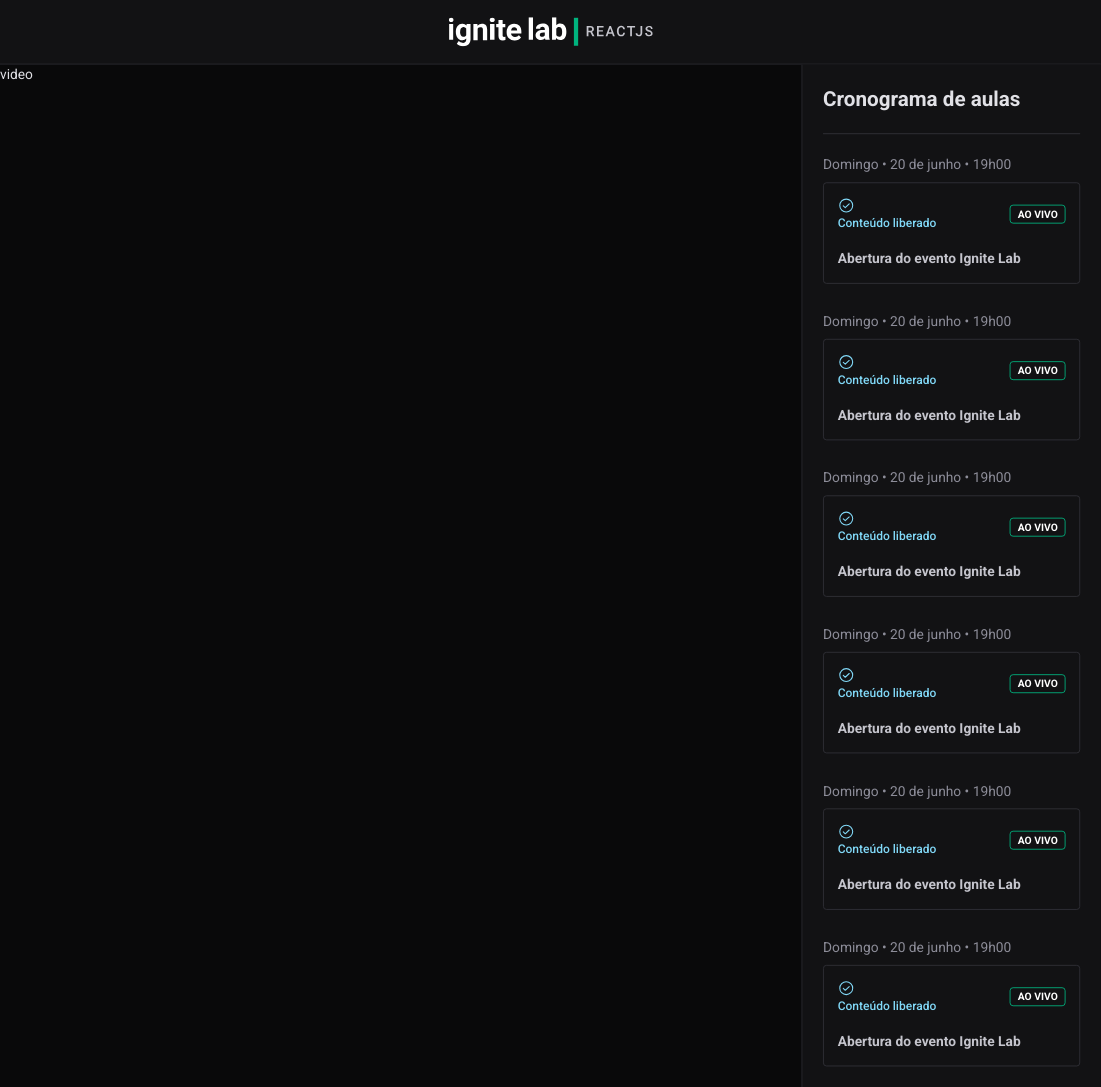
Repository: andynadvorny/event-platform
Page: /
These files come from the project's save history. The page is drawn as it stood at one moment and after the next save; the edit follows.
The browser window is 1280 px wide. The pictures show the whole page, at 86% of full size.
The project was rebuilt for these pictures with package versions that can differ from the ones it lists, and the page was loaded fresh each time. Also part of the build but not shown: vite.config.ts.

Above is the page before, as saved 2022-06-23 14:42:54.

### src/App.tsx
import { Event } from './pages/Event'

function App() {
  return (
    <Event />
  )
}

export default App

### src/lib/apollo.ts
import { ApolloClient, InMemoryCache } from "@apollo/client";

export const client = new ApolloClient({
  uri: 'https://api-sa-east-1.graphcms.com/v2/cl4q028zp2n6q01xs9d4d26wj/master',
  cache: new InMemoryCache()
});

### src/pages/Event.tsx
import { Header } from '../components/Header'
import { Sidebar } from '../components/Sidebar'
import { Video } from '../components/Video'

export function Event() {
  return (
    <div className="flex flex-col min-h-screen">
      <Header />
      <main className="flex flex-1">
        <Video />
        <Sidebar />
      </main>
    </div>
  )
}

### src/components/Sidebar.tsx
import { Lesson } from "./Lesson";

export function Sidebar() {
  return (
    <aside className="w-[348px] bg-gray-700 p-6 border-l border-gray-600">
      <span className="font-bold text-2xl pb-6 mb-6 border-b border-gray-500 block">
        Cronograma de aulas
      </span>
      <div className="flex flex-col gap-8">
        <Lesson />
        <Lesson />
        <Lesson />
        <Lesson />
        <Lesson />
        <Lesson />
      </div>
    </aside>
  )
}

### src/components/Video.tsx
export function Video() {
  return (
    <div className="flex-1">
      video
    </div>
  )
}

### src/components/Logo.tsx
export function Logo() {
  return (
    <svg
      xmlns="http://www.w3.org/2000/svg"
      width="237"
      height="34"
      fill="none"
      viewBox="0 0 237 34"
    >
      <path
        fill="#fff"
        d="M.002 3.112a2.49 2.49 0 01.165-.987c.12-.314.304-.595.535-.83A2.906 2.906 0 012.615.572c.698 0 1.374.257 1.912.723.23.24.412.524.536.837a2.701 2.701 0 010 1.979 2.568 2.568 0 01-.536.837 2.889 2.889 0 01-1.907.723 2.901 2.901 0 01-1.908-.723 2.458 2.458 0 01-.538-.84 2.645 2.645 0 01-.172-.996zm4.96 23.146H.273V7.862h4.689v18.397zM8.012 16.973c0-2.853.686-5.145 2.055-6.883a6.653 6.653 0 015.528-2.606 5.869 5.869 0 014.802 2.09l.2-1.751h4.538v17.95a7.891 7.891 0 01-1.12 4.246 7.243 7.243 0 01-3.147 2.752 11.155 11.155 0 01-4.742.94c-1.378 0-2.74-.279-4.008-.812a7.08 7.08 0 01-2.946-2.11l2.208-3.02a5.905 5.905 0 004.543 2.08 4.356 4.356 0 003.104-1.059 3.938 3.938 0 001.103-2.993v-.994a5.775 5.775 0 01-4.555 1.935 6.647 6.647 0 01-3.05-.652 6.615 6.615 0 01-2.408-1.967c-1.397-1.752-2.085-4.089-2.085-6.942v-.21h-.025l.005.006zm4.997.355a6.723 6.723 0 001.026 3.956 3.233 3.233 0 002.799 1.443c.651.045 1.3-.088 1.878-.39a3.52 3.52 0 001.396-1.305v-7.825a3.448 3.448 0 00-1.374-1.305 3.504 3.504 0 00-1.86-.39 3.28 3.28 0 00-1.61.365 3.22 3.22 0 00-1.219 1.103c-.688.975-1.036 2.418-1.036 4.348zM33.098 7.833l.158 2.196a6.527 6.527 0 012.371-1.927 6.38 6.38 0 012.971-.62c1.97 0 3.438.597 4.39 1.79.953 1.194 1.456 2.936 1.486 5.293v12.249h-4.962V14.683a3.367 3.367 0 00-.684-2.344 3.086 3.086 0 00-1.069-.598 3.008 3.008 0 00-1.211-.13 3.349 3.349 0 00-1.821.454c-.553.32-1.01.794-1.313 1.367v13.37H28.45V7.845l4.647-.012zM47.512 3.112a2.304 2.304 0 01.185-.988 2.42 2.42 0 01.59-.831A3.439 3.439 0 0150.404.57c.772 0 1.52.256 2.117.723.508.486.792 1.142.792 1.826 0 .683-.284 1.34-.792 1.826a3.417 3.417 0 01-2.11.723c-.77 0-1.517-.257-2.11-.723a2.47 2.47 0 01-.594-.839 2.342 2.342 0 01-.19-.994h-.005zm5.483 23.149h-5.18V7.86h5.18v18.4zM62.454 3.334v4.612h3.107v3.677h-3.107v9.382c-.05.53.091 1.063.395 1.495a1.824 1.824 0 001.473.45c.476.002.95-.035 1.421-.114v3.803a9.672 9.672 0 01-2.939.449c-3.398 0-5.128-1.775-5.19-5.32V11.644h-2.642V7.968h2.643V3.356h4.841v-.025l-.002.003zM76.487 27.08a9.277 9.277 0 01-6.759-2.55c-1.74-1.699-2.605-3.957-2.605-6.797v-.494a11.295 11.295 0 011.098-5.08 8.141 8.141 0 013.111-3.465 8.72 8.72 0 014.59-1.22c2.577 0 4.62.815 6.098 2.449 1.478 1.633 2.226 3.94 2.226 6.929v2.055h-12.01a4.665 4.665 0 001.473 2.971 4.487 4.487 0 003.111 1.111 5.426 5.426 0 004.548-2.115l2.476 2.781a7.506 7.506 0 01-3.07 2.507 9.81 9.81 0 01-4.287.916v.002zm-.594-15.514a3.127 3.127 0 00-2.428 1.012 5.405 5.405 0 00-1.188 2.912h7.006v-.405a3.749 3.749 0 00-.908-2.608 3.252 3.252 0 00-2.45-.908h-.03l-.002-.003zM97.771 26.259h-4.957V0h4.957V26.26zM112.209 26.259c-.227-.444-.392-.997-.496-1.659-1.196 1.333-2.751 2.002-4.666 2.002-1.811 0-3.314-.523-4.504-1.572-1.191-1.049-1.786-2.372-1.786-3.966 0-1.96.725-3.464 2.179-4.513 1.453-1.049 3.553-1.58 6.3-1.59h2.273v-1.06c0-.854-.22-1.54-.659-2.051-.44-.513-1.131-.77-2.078-.77-.832 0-1.486.2-1.957.6-.474.4-.708.945-.708 1.64h-4.941c0-1.07.331-2.062.992-2.973.662-.91 1.597-1.626 2.804-2.144 1.206-.518 2.564-.778 4.069-.778 2.28 0 4.089.573 5.429 1.718 1.34 1.145 2.009 2.756 2.009 4.83v8.017c.012 1.754.256 3.082.735 3.983v.29h-4.992l-.003-.004zm-4.086-3.435c.728 0 1.402-.163 2.016-.486.614-.326 1.071-.76 1.367-1.308v-3.181h-1.846c-2.472 0-3.79.854-3.948 2.564l-.017.291c0 .614.217 1.123.649 1.523.434.4 1.026.6 1.779.6v-.003zM136.58 17.183c0 2.963-.632 5.273-1.898 6.931-1.265 1.659-3.032 2.488-5.3 2.488-2.006 0-3.608-.77-4.805-2.308l-.222 1.967h-4.444V.001h4.94v9.418c1.14-1.332 2.638-2 4.496-2 2.256 0 4.025.828 5.308 2.487 1.283 1.658 1.923 3.992 1.923 7v.274l.002.003zm-4.94-.358c0-1.868-.296-3.233-.889-4.094-.592-.861-1.475-1.29-2.65-1.29-1.572 0-2.655.643-3.247 1.932v7.299c.604 1.298 1.697 1.95 3.282 1.95 1.584 0 2.643-.788 3.146-2.36.239-.752.358-1.897.358-3.437z"
      ></path>
      <path
        fill="#C4C4CC"
        d="M164.51 17.501h-2.283v4.53h-2.048v-11.78h4.143c1.36 0 2.408.306 3.149.915.74.61 1.108 1.493 1.108 2.648 0 .787-.19 1.449-.57 1.98-.38.532-.911.94-1.59 1.226l2.646 4.906v.106h-2.194l-2.364-4.531h.003zm-2.283-1.65h2.105c.691 0 1.229-.176 1.619-.524.39-.348.582-.824.582-1.429 0-.604-.18-1.12-.538-1.466-.358-.345-.893-.523-1.606-.533h-2.162V15.85zM179.066 16.773h-4.839v3.625h5.656v1.634h-7.704V10.25h7.648v1.65h-5.6v3.253h4.839v1.62zM189.803 19.29h-4.565l-.955 2.744h-2.127l4.452-11.783h1.836l4.459 11.783h-2.137l-.963-2.744zm-3.99-1.65h3.415l-1.707-4.89-1.708 4.89zM204.716 18.197c-.119 1.256-.583 2.238-1.392 2.941-.81.703-1.885 1.056-3.228 1.056-.938 0-1.764-.222-2.48-.668-.715-.445-1.266-1.079-1.656-1.898-.387-.82-.589-1.772-.607-2.858v-1.1c0-1.11.198-2.09.59-2.937.392-.846.96-1.5 1.695-1.96.736-.458 1.587-.688 2.554-.688 1.301 0 2.347.353 3.139 1.057.792.703 1.254 1.7 1.385 2.99h-2.039c-.096-.846-.343-1.458-.74-1.833-.397-.375-.977-.563-1.745-.563-.89 0-1.574.326-2.05.977-.479.652-.721 1.605-.733 2.863v1.044c0 1.273.227 2.245.683 2.917.457.668 1.123 1.004 2.004 1.004.805 0 1.409-.18 1.814-.543.405-.363.661-.962.77-1.804h2.038l-.002.003zM216.481 11.902h-3.674v10.132h-2.031V11.902h-3.642V10.25h9.347v1.65zM222.759 10.251h2.039v8.262c0 1.127-.353 2.023-1.057 2.687-.703.664-1.633.995-2.788.995-1.229 0-2.179-.311-2.848-.93-.669-.62-1.004-1.484-1.004-2.59h2.038c0 .627.156 1.096.467 1.412.31.316.76.474 1.347.474.55 0 .989-.183 1.315-.545.326-.366.489-.867.489-1.51V10.25h.002zM234.952 18.999c0-.518-.183-.918-.545-1.197-.363-.279-1.022-.563-1.972-.849-.95-.286-1.705-.604-2.265-.955-1.074-.674-1.612-1.555-1.612-2.638 0-.95.388-1.732 1.163-2.347.774-.614 1.779-.922 3.015-.922.819 0 1.55.15 2.194.454a3.597 3.597 0 011.513 1.29c.367.558.55 1.177.55 1.858h-2.038c0-.614-.193-1.095-.578-1.443-.385-.348-.938-.524-1.656-.524-.668 0-1.189.144-1.557.43-.37.286-.555.686-.555 1.197 0 .432.2.792.6 1.08.399.29 1.056.57 1.974.842.918.271 1.653.582 2.208.93.556.348.963.748 1.222 1.197.259.452.387.977.387 1.582 0 .982-.375 1.762-1.127 2.342-.753.58-1.775.87-3.063.87a5.755 5.755 0 01-2.352-.473c-.715-.316-1.27-.75-1.668-1.308-.397-.555-.594-1.204-.594-1.942h2.048c0 .669.222 1.187.664 1.555.441.367 1.075.55 1.902.55.713 0 1.246-.143 1.607-.432.357-.288.538-.671.538-1.145l-.003-.002z"
      ></path>
      <path fill="#00B37E" d="M150.271 33.146h-4.958V.57h4.958v32.576z"></path>
    </svg>
  );
}

### src/components/Lesson.tsx
import { CheckCircle } from 'phosphor-react'

export function Lesson() {
  return (
    <a href="#">
      <span className="text-gray-300">
        Domingo • 20 de junho • 19h00
      </span>

      <div className="rounded border border-gray-500 p-4 mt-2">
        <header className="flex items-center justify-between">
          <span className="text-sm text-blue-500 font-medium">
            <CheckCircle size={20} />
            Conteúdo liberado
          </span>
          <span className="text-xs rounded py-[2px] px-2 border border-green-300 text-white font-bold">
            AO VIVO
          </span>
        </header>
        <strong className="text-gray-200 mt-5 block">
          Abertura do evento Ignite Lab
        </strong>
      </div>
    </a>
  )
}

### tailwind.config.js
/** @type {import('tailwindcss').Config} */
module.exports = {
  content: [
    './src/**/*.tsx'
  ],
  theme: {
    extend: {
      fontFamily: {
        sans: 'Roboto, sans-serif'
      },
      colors: {
        green: {
          300: '#00B37E',
          500: '#00875F',
          700: '#015F43',
        },
        blue: {
          500: '#81D8F7',
        },
        orange: {
          500: '#FBA94C',
        },
        red: {
          500: '#F75A68',
        },
        gray: {
          100: '#E1E1E6',
          200: '#C4C4CC',
          300: '#8D8D99',
          500: '#323238',
          600: '#29292E',
          700: '#121214',
          900: '#09090A'
        }
      }
    },
  },
  plugins: [],
}

Loaded but not shown: index.html (common file); src/main.tsx (common file); src/styles/global.css (common file); src/components/Header.tsx (common file)

After the next save:
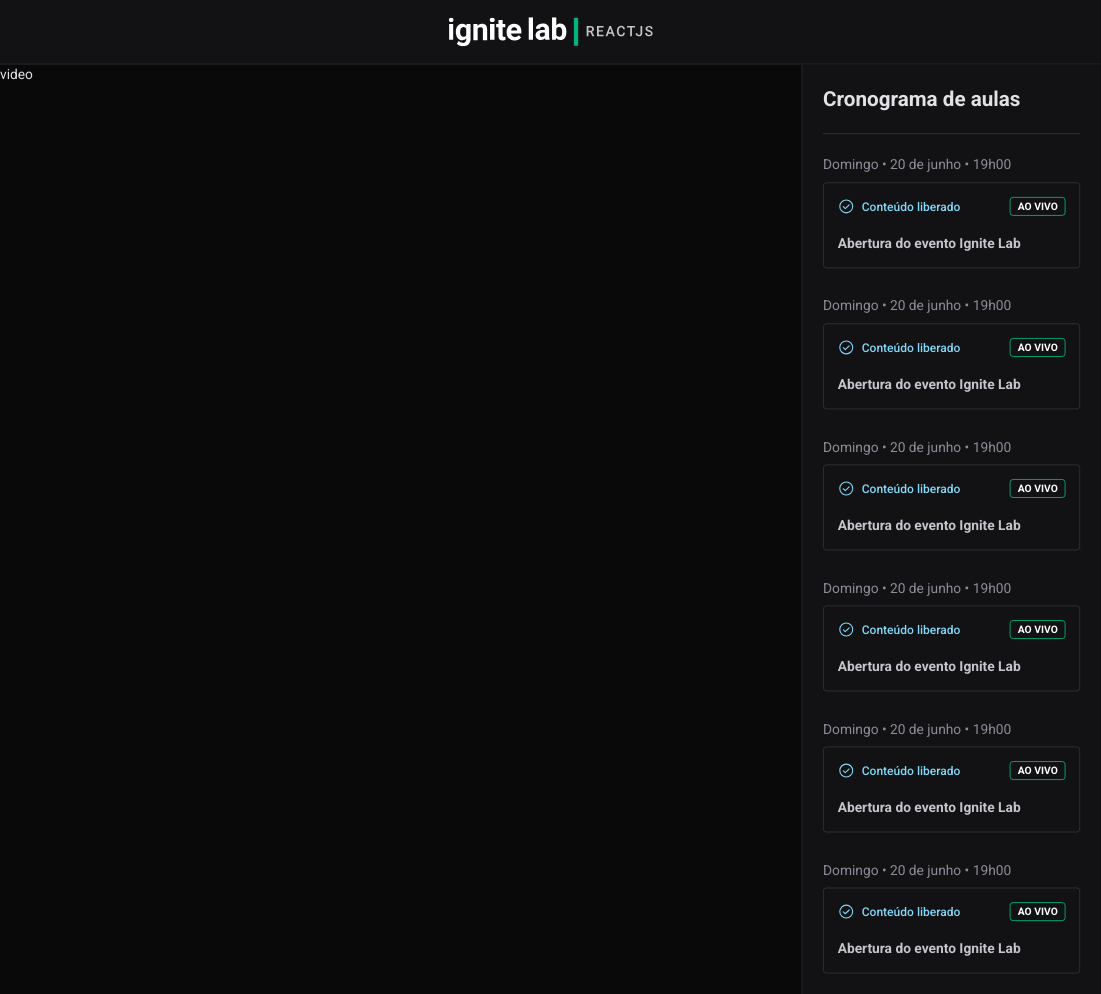
Saved 18 s later.
--- a/src/components/Lesson.tsx
+++ b/src/components/Lesson.tsx
@@ -9,7 +9,7 @@
 
       <div className="rounded border border-gray-500 p-4 mt-2">
         <header className="flex items-center justify-between">
-          <span className="text-sm text-blue-500 font-medium">
+          <span className="text-sm text-blue-500 font-medium flex items-center gap-2">
             <CheckCircle size={20} />
             Conteúdo liberado
           </span>
